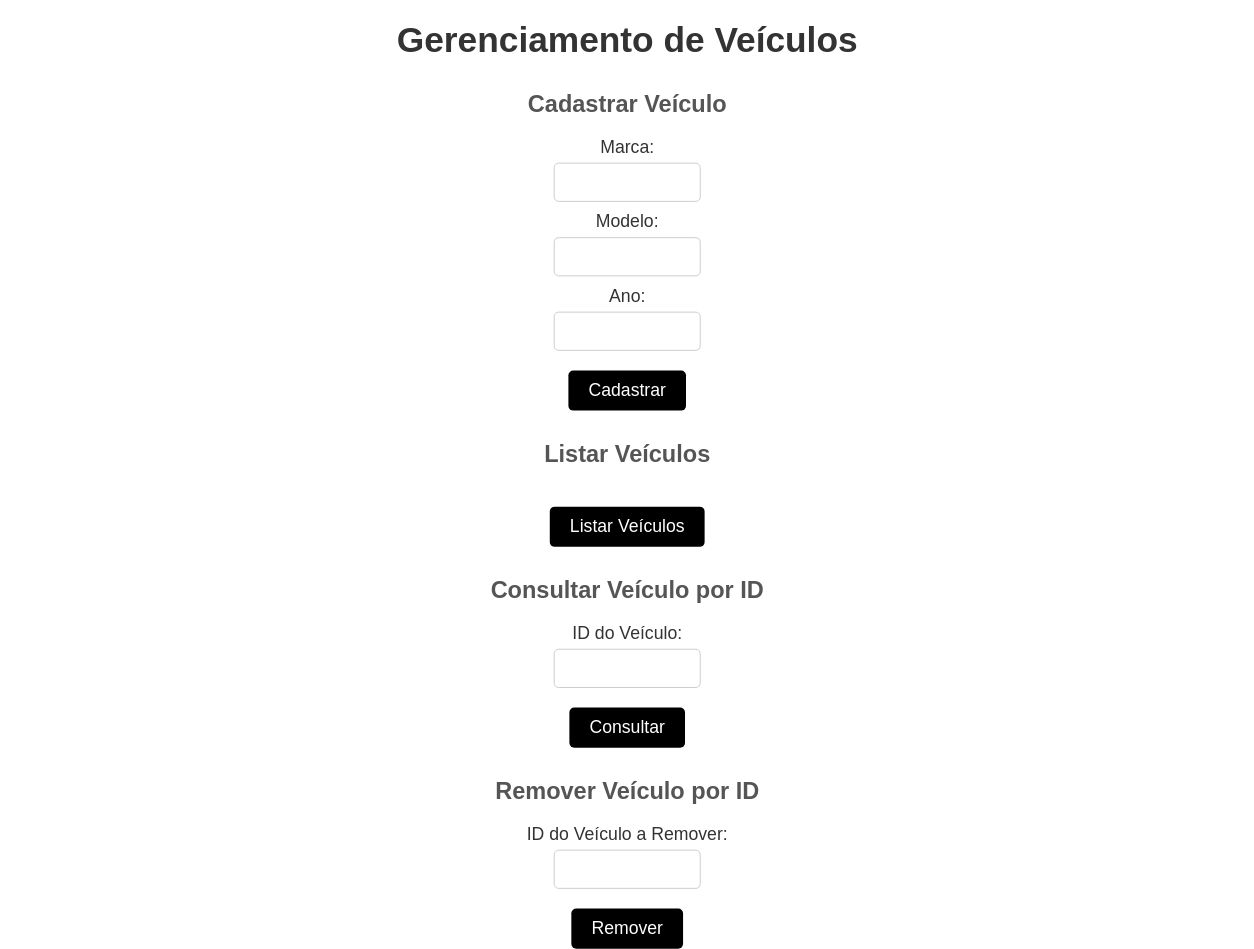
Repository: joaomadeira1208/Exercicio3
Page: veiculos/src/main/resources/index.html
These files come from the project's save history. The page is drawn as it stood at one moment and after the next save; the edit follows.
The browser window is 1280 px wide. The pictures show the whole page, at 98% of full size.

Above is the page before, as saved 2023-09-14 22:02:10.

After the next save:
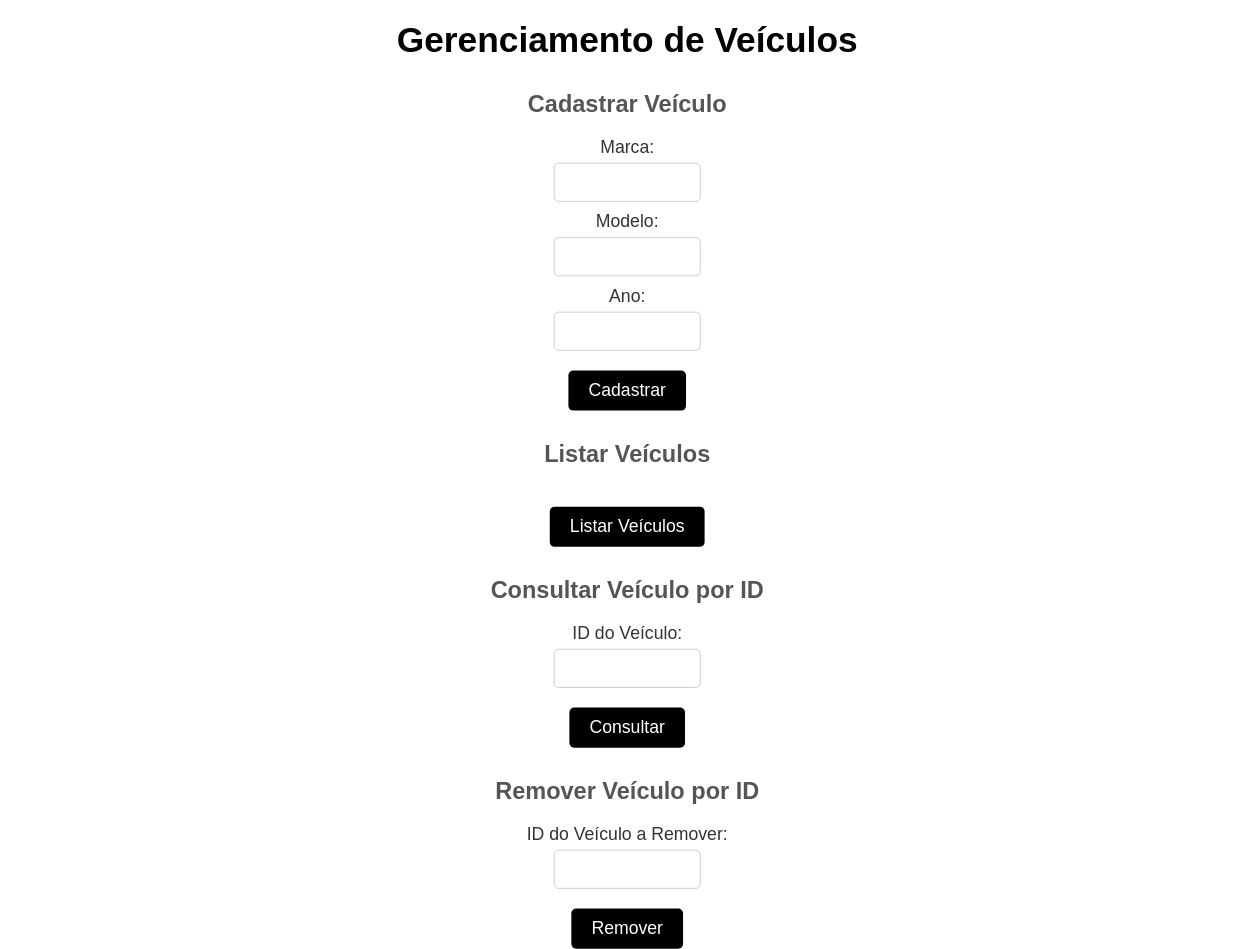
Saved 44 s later.
--- a/veiculos/src/main/resources/index.html
+++ b/veiculos/src/main/resources/index.html
@@ -15,7 +15,7 @@ body {
 /* Estilo para o cabeçalho (h1) */
 h1 {
     font-size: 36px;
-    color: #333;
+    color: black;
     margin-top: 20px;
 }
 
